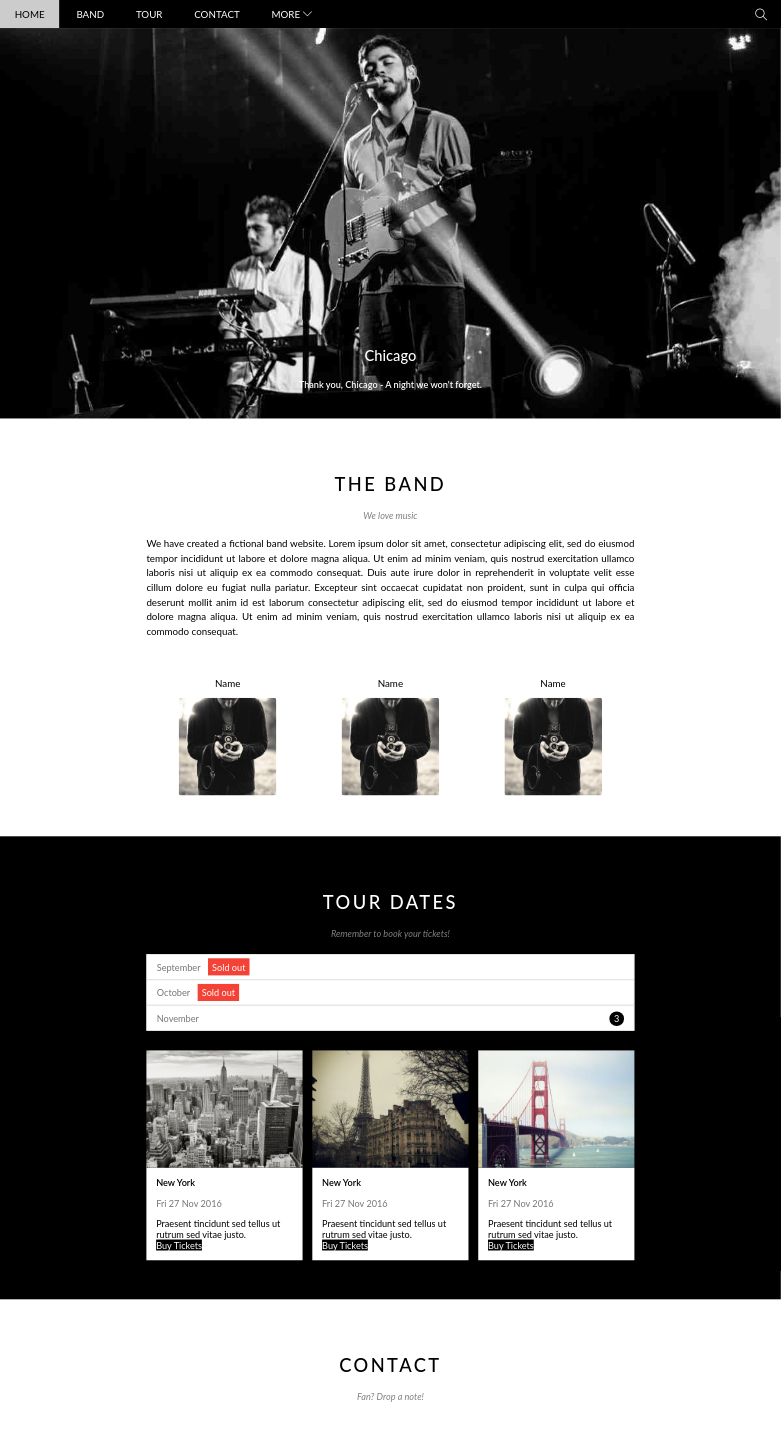
Repository: tatvanhco/web-dau-tay
Page: index.html
These files come from the project's save history. The page is drawn as it stood at one moment and after the next save; the edit follows.
The browser window is 1280 px wide. The pictures show the whole page, at 61% of full size.

Above is the page before, as saved 2022-01-23 20:27:09.

### index.html
<!DOCTYPE html>
<html lang="en">
<head>
    <meta charset="UTF-8">
    <!-- <meta http-equiv="X-UA-Compatible" content="IE=edge"> -->
    <meta name="viewport" content="width=device-width, initial-scale=1.0">
    <title>the band</title>
    <link rel="shortcut icon" href="./assets/img/band/logo.png" type="image/x-icon">
    <link rel="stylesheet" href="./assets/fronts/themify-icons/themify-icons.css">
    <link rel="stylesheet" href="./assets/css/style.css">
    <link rel="stylesheet" href="./assets/css/responsive.css">
</head>
<body>
    <div id="main">
        <div id="header">
            <ul id="nav">
                <li><a href="#">home</a></li>
                <li><a href="#">band</a></li>
                <li><a href="#">tour</a></li>
                <li><a href="#">contact</a></li>
                <li>
                    <a href="#">more
                        <i class="drop-down ti-angle-down"></i>
                    </a>
                    <div class="subnav">
                        <ul>
                            <li><a href="">Merchandise</a></li>
                            <li><a href="">Extras</a></li>
                            <li><a href="">Media</a></li>
                        </ul>
                    </div>
                </li>
            </ul>
            <div class="search-btn">
                <i class="search-icon ti-search"></i>
            </div>
        </div>
        <div id="slide">
            <div class="text-content">
                <h2 class="text-heading">Chicago</h2>
                <div class="text-desc">Thank you, Chicago - A night we won't forget.</div>
            </div>
        </div>
        <div id="content">
            <div class="content-section">
                <h2 class="section-heading">THE BAND</h2>
                <p class="section-sub-heading">We love music</p>
                <p class="about">
                    We have created a fictional band website. Lorem ipsum dolor sit amet, consectetur adipiscing elit, sed do eiusmod tempor incididunt ut labore et dolore magna aliqua. Ut enim ad minim veniam, quis nostrud exercitation ullamco laboris nisi ut aliquip ex ea commodo consequat. Duis aute irure dolor in reprehenderit in voluptate velit esse cillum dolore eu fugiat nulla pariatur. Excepteur sint occaecat cupidatat non proident, sunt in culpa qui officia deserunt mollit anim id est laborum consectetur adipiscing elit, sed do eiusmod tempor incididunt ut labore et dolore magna aliqua. Ut enim ad minim veniam, quis nostrud exercitation ullamco laboris nisi ut aliquip ex ea commodo consequat.
                </p>
                <div class="team">
                    <div class="team-list">
                        <p class="team-name">Name</p>
                        <img src="./assets/img/band/member.jpg" >
                    </div>

                    <div class="team-list">
                        <p class="team-name">Name</p>
                        <img src="./assets/img/band/member.jpg" >
                    </div>

                    <div class="team-list">
                        <p class="team-name">Name</p>
                        <img src="./assets/img/band/member.jpg" >
                    </div>
                </div>
                <div class="clear"></div>
            </div>

            <div class="tour-section">
                <div class="content-section">
                    <h2 class="text-white section-heading">TOUR DATES</h2>
                    <p class="text-white section-sub-heading">Remember to book your tickets!</p>
                    <ul class="ticket-list">
                        <li>September<span class="soldout">Sold out</span></li>
                        <li>October<span class="soldout">Sold out</span></li>
                        <li>November<span class="quatity">3</span></li>
                    </ul>
                    <div class="place-list">
                        <div class="place-item">
                            <img src="./assets/img/places/place1.jpg">
                            <div class="place-body">
                                <h3 class="place-heading">New York</h3>
                                <p class="place-time">Fri 27 Nov 2016</p>
                                <p class="place-desc">Praesent tincidunt sed tellus ut rutrum sed vitae justo.</p>
                                <a href="#" class="place-buy-btn">Buy Tickets</a>
                            </div>
                        </div>
                    </div>
                    <div class="place-list">
                        <div class="place-item">
                            <img src="./assets/img/places/place2.jpg">
                            <div class="place-body">
                                <h3 class="place-heading">New York</h3>
                                <p class="place-time">Fri 27 Nov 2016</p>
                                <p class="place-desc">Praesent tincidunt sed tellus ut rutrum sed vitae justo.</p>
                                <a href="#" class="place-buy-btn">Buy Tickets</a>
                            </div>
                        </div>
                    </div>
                    <div class="place-list">
                        <div class="place-item">
                            <img src="./assets/img/places/place3.jpg">
                            <div class="place-body">
                                <h3 class="place-heading">New York</h3>
                                <p class="place-time">Fri 27 Nov 2016</p>
                                <p class="place-desc">Praesent tincidunt sed tellus ut rutrum sed vitae justo.</p>
                                <a href="#" class="place-buy-btn">Buy Tickets</a>
                            </div>
                        </div>
                    </div>
                    <div class="clear"></div>
                </div>
            </div>

            <div class="content-section">
                <h2 class="section-heading">CONTACT</h2>
                <p class="section-sub-heading">Fan? Drop a note!</p>
            </div>

        </div>

        <div id="footer">

        </div>
    </div>
</body>
</html>

### assets/css/style.css
* {
    margin: 0;
    padding: 0;
    box-sizing: border-box;
}

body {
    font-family: "Lato", sans-serif;
}

.clear {
    clear: both;
}

.text-white {
    color: #fff !important;
}

#header {
    width: 100%;
    height: 46px;
    background-color: #000;
    position: fixed;
    top: 0;
    left: 0;
    right: 0;
    z-index: 1;
}
#nav {
    display: inline-block;
}

#nav > li {
    display: inline-block;
}

#nav li {
    position: relative;
    list-style-type: none;
}

#nav > li > a {
    color: #fff;
    text-transform: uppercase;
}

#nav li a {
    text-decoration: none;
    padding: 0 24px;
    line-height: 46px;
    display: block;

}

#nav li:hover .subnav {
    display: block;
}

#nav .subnav li:hover a,
#nav > li:hover > a {
    background-color: #ccc;
    color: #000;
}

#nav .subnav {
    display: none;
    min-width: 160px;
    position: absolute;
    top: 100%;
    left: 0;
    background-color: #fff;
    box-shadow: 0 0 10px rgba(0, 0, 0, 0.3);
}

#nav .subnav a {
    color: #000;
    padding: 0px 24px;
    line-height: 38px;
}

#header .search-btn {
    float: right;
    padding: 0 22px;
    cursor: pointer;
}

#header .search-btn:hover {
    background-color: #f44336;
}

#header .search-icon {
    color: #fff;
    font-size: 20px;
    line-height: 46px;
}

#slide {
    position: relative;
    margin-top: 46px;
    padding-top: 50%;
    background: url(/assets/img/slider/chicago.jpg) top center / cover no-repeat;
}

#slide .text-content {
    color: #fff;
    position: absolute;
    bottom: 47px;
    /* cách canh giữa
    left: 50%;
    transform: translateX(-50%); */
    width: 100%;
    text-align: center;
}

#slide .text-heading {
    font-weight: 500;
    font-size: 24px;
}

#slide .text-desc {
    font-weight: 600;
    margin-top: 25px;
    font-size: 15px;
}

#content {

}

#content .content-section {
    max-width: 800px;
    margin-left: auto;
    margin-right: auto;
    padding: 64px 0;
}

#content .section-heading,
#content .section-sub-heading {
    text-align: center;
    margin: 25px 0;
}

#content .section-heading {
    font-size: 30px;
    font-weight: 500;
    letter-spacing: 4px;
}

#content .section-sub-heading {
    font-size: 15px;
    opacity: 0.5;
    font-style: italic;
}

#content .about {
    text-align: justify;
    line-height: 1.5;
}

#content .team {
    margin-top: 48px;
}

#content .team-name {
    margin: 15px 0;
}

#content .team-list {
    float: left;
    width: 33.33333%;
    text-align: center;
}

#content .team-list img {
    width: 60%;
    border-radius: 4px;
    text-align: center;
}

.tour-section {
    background-color: #000;
}

.ticket-list {
    background-color: #fff;
}

.ticket-list li {
    color: #757575;
    list-style-type: none;
    font-size: 15px;
    border: 1px solid #ddd;
    padding: 11px 16px;
}

.ticket-list .soldout {
    color: #fff;
    margin-left: 12px;
    padding: 5px 7px;
    background-color: #f44336;
}

.ticket-list .quatity {
    float: right;
    width: 24px;
    height: 24px;
    border-radius: 50%;
    background-color: #000;
    color: #fff;
    text-align: center;
    line-height: 24px;
    margin-top: -2px;
}

.place-list {
    margin: 32px -8px 0;

}

.place-item {
    float: left;
    width: 33.33333%;
    padding: 0 8px;
}

.place-item img {
    width: 100%;
    display: block;
}

.place-item img:hover {
    opacity: 0.6;
}

.place-body {
    background-color: #fff;
    padding: 16px;
    font-size: 15px;
}

.place-heading {
    font-size: 15px;
    font-weight: 600;
}

.place-time {
    color: #757575;
    margin-top: 15px;
}

.place-desc {
    margin-top: 15px;
}

.place-buy-btn {
   color: #fff;
   background-color: #000;
   text-decoration: none;
}

Loaded but not shown: assets/fronts/themify-icons/themify-icons.css (common file); assets/css/responsive.css (no copy from this time; the picture is the same without it)

After the next save:
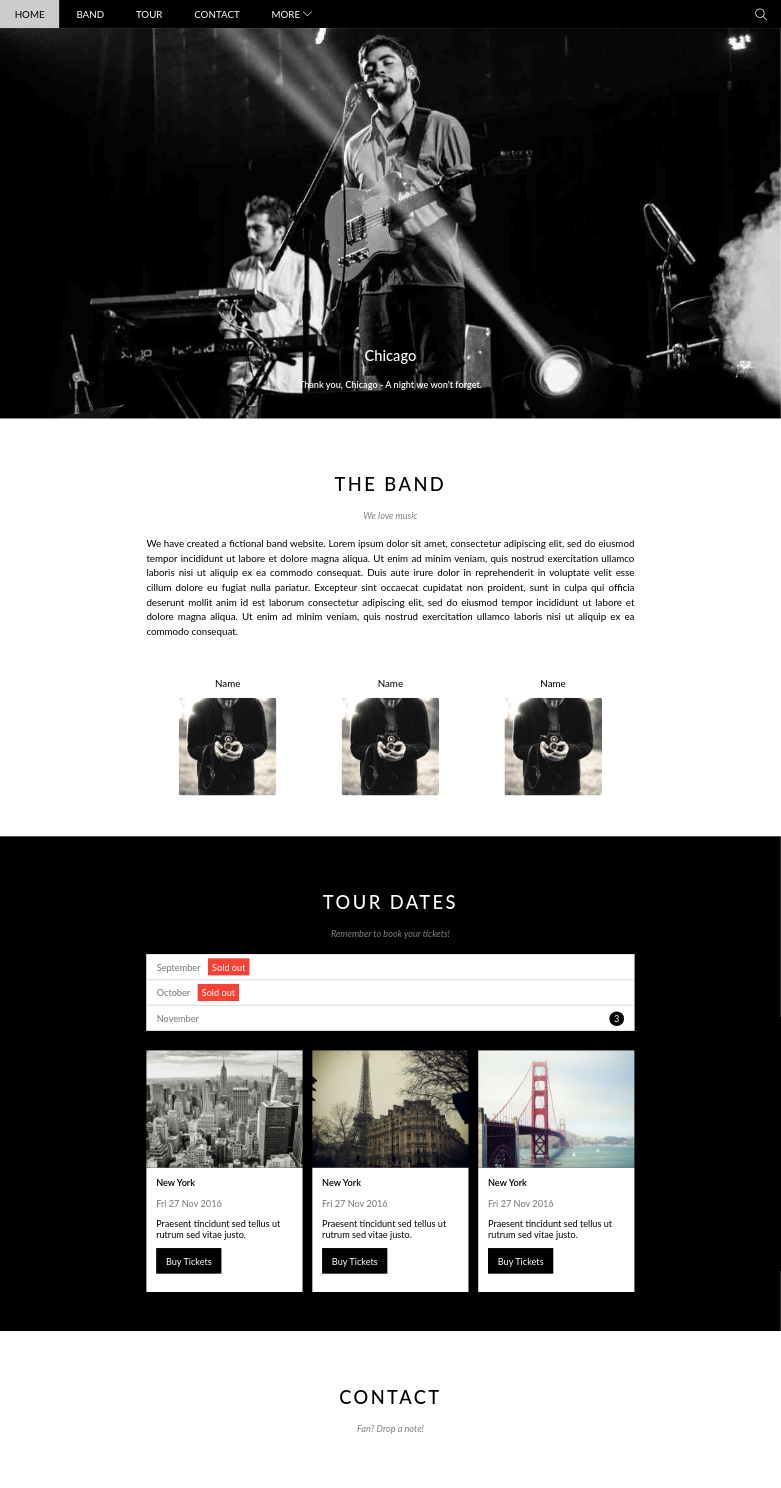
Saved 4 min 8 s later.
--- a/assets/css/style.css
+++ b/assets/css/style.css
@@ -253,7 +253,10 @@ body {
 }
 
 .place-buy-btn {
-   color: #fff;
-   background-color: #000;
-   text-decoration: none;
-}
+    color: #fff;
+    background-color: #000;
+    text-decoration: none;
+    padding: 12px 16px;
+    margin: 14px 0;
+    display: inline-block;
+}
